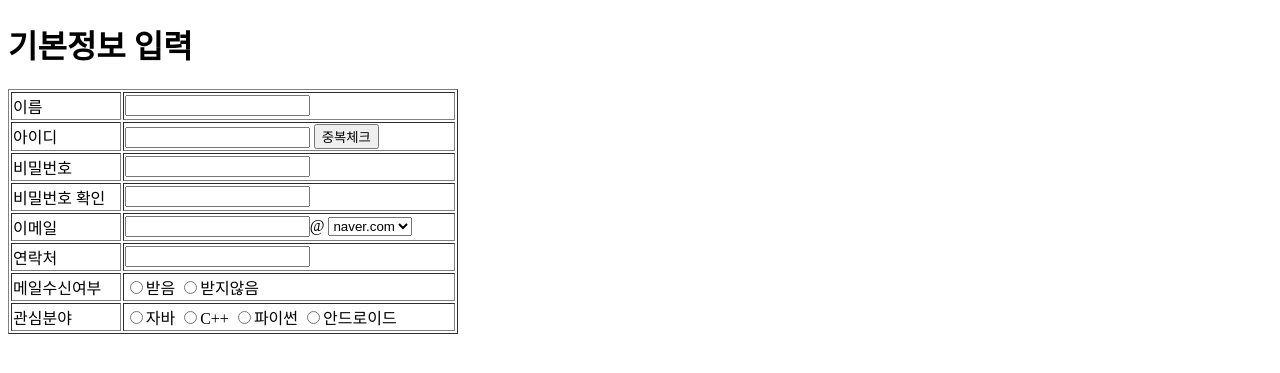
Repository: Cheol-Cheol/KOSA
Page: Kcc_web/Html/WebContent/mission/3.html
An editor plug-in stored every save of this project. The page is shown before and after the next save, followed by the edit.
The browser window is 1280 px wide. The pictures show the whole page.

Above is the page before, as saved 2024-07-08 06:28:39.

After the next save:
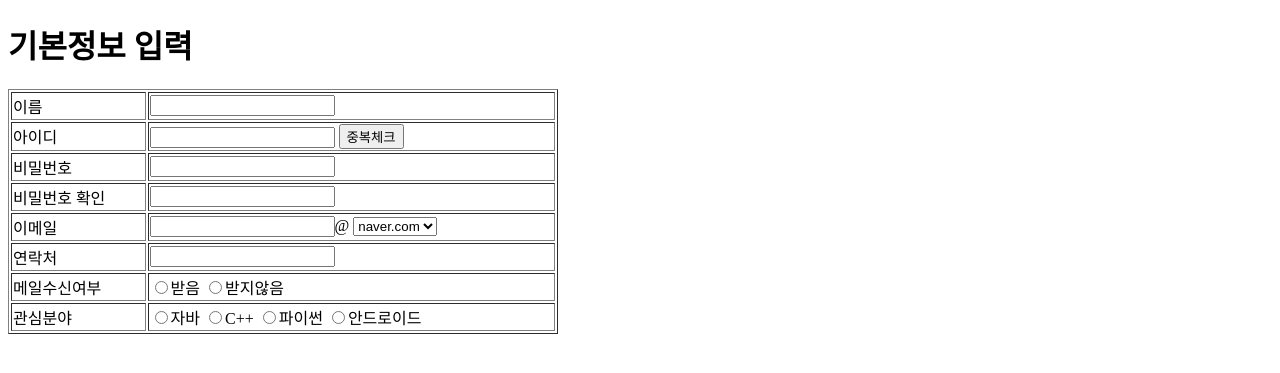
Saved 11 s later.
--- a/Kcc_web/Html/WebContent/mission/3.html
+++ b/Kcc_web/Html/WebContent/mission/3.html
@@ -7,7 +7,7 @@
 <body>
 	<h1>기본정보 입력</h1>
 	<form action="#">
-		<table width="450" border="1">
+		<table width="550" border="1">
 			<tr>
 				<td>이름</td>
 				<td><input type="text" /></td>
